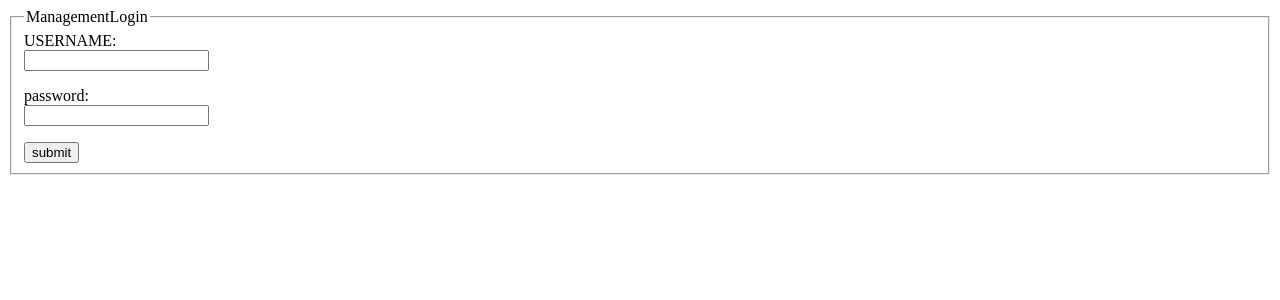
Repository: JanapatlaManojReddy/java
Page: http://localhost/institutionProject/ManagementLogin.jsp
The author's editor kept a copy of each file at every save. The page is drawn from the files as they stood at one save, then again after the next save.
The browser window is 1280 px wide. The pictures show the whole page.
The page is served by Tomcat 9.

Above is the page before, as saved 2023-08-20 17:30:07.

After the next save:
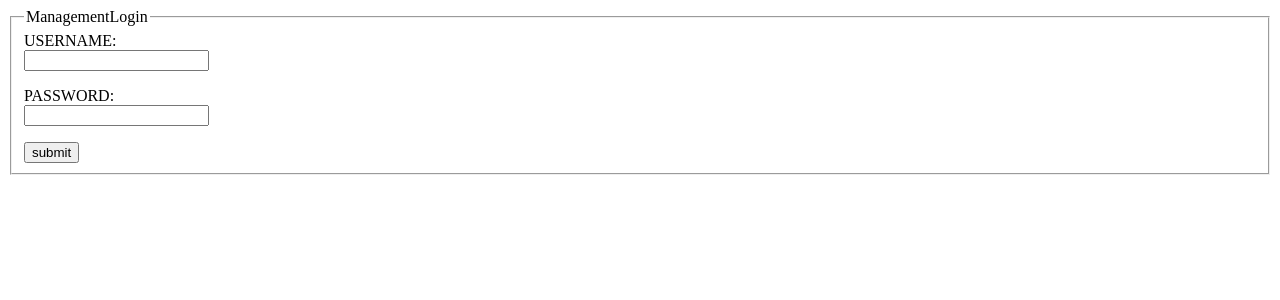
Saved 27 s later.
--- a/institutionProject/src/main/webapp/ManagementLogin.jsp
+++ b/institutionProject/src/main/webapp/ManagementLogin.jsp
@@ -19,7 +19,7 @@
 <div id="usname">USERNAME:</div>
 <input type="text" name="username">
 <p id="user"></p>
-<div id="psword">password:</div>
+<div id="psword">PASSWORD:</div>
 <input type="password" name="password">
 <p id="pass"></p>
 <input type="submit" value="submit">
